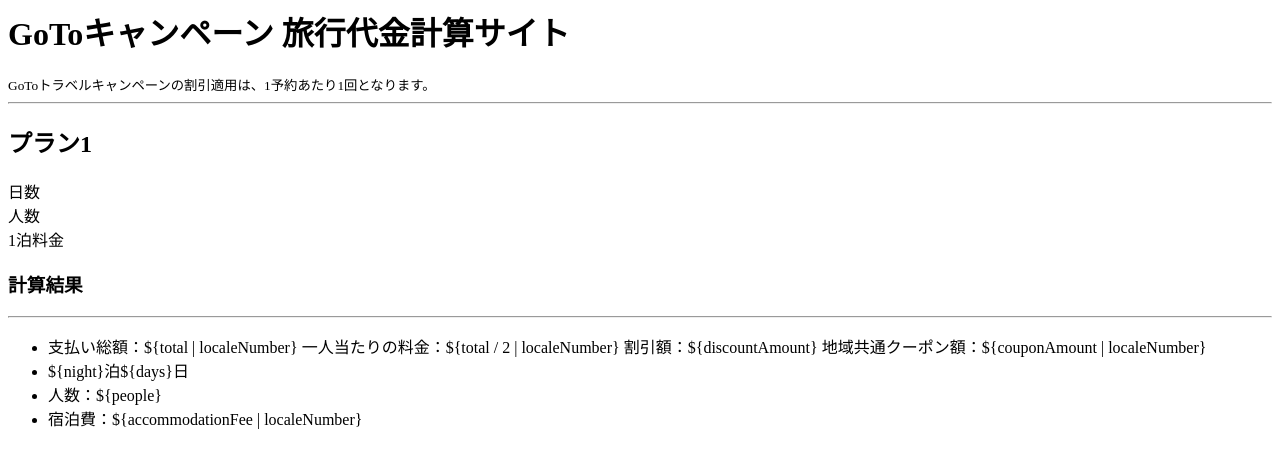
Repository: Ischca/ischca.github.io
Page: src/my-app.html
An editor plug-in stored every save of this project. The page is shown before and after the next save, followed by the edit.
The browser window is 1280 px wide. The pictures show the whole page.

Above is the page before, as saved 2020-10-02 17:01:06.

### src/my-app.html
<div class="container">

    <div class="row">
        <h1 class="text-center">GoToキャンペーン 旅行代金計算サイト</h1>
    </div>

    <div class="text-center">
        <small class="text-danger">
            GoToトラベルキャンペーンの割引適用は、1予約あたり1回となります。
        </small>
    </div>

    <hr />

    <div class="row justify-content-center mb-3">
        <h2 class="col-sm-auto">プラン1</h2>
    </div>

    <div class="row">
        <label for="staticEmail" class="offset-sm-4 col-sm-1 col-form-label font-weight-bold">日数</label>
        <div class="col-sm-2">
            <num-selector num.bind="night" suffix.bind="'泊'"></num-selector>
        </div>

        <div class="col-sm-2">
            <num-selector num.bind="days" suffix.bind="'日'"></num-selector>
        </div>
    </div>

    <div class="row">
        <label for="staticEmail" class="offset-sm-4 col-sm-1 col-form-label font-weight-bold">人数</label>
        <div class="col-sm-2">
            <num-selector num.bind="people" max.bind="100" suffix.bind="'人'"></num-selector>
        </div>
    </div>

    <div class="row">
        <label for="staticEmail" class="offset-sm-4 col-sm-1 col-form-label font-weight-bold">1泊料金</label>
        <div class="col-sm-2">
            <num-selector num.bind="accommodationFee" max.bind="10000000" suffix.bind="'円'"></num-selector>
        </div>
    </div>

    <!-- <div class="row">
        <label for="staticEmail" class="offset-sm-4 col-sm-1 col-form-label font-weight-bold">交通費</label>
        <div class="col-sm-2">
            <num-selector num.bind="transportFee" max.bind="10000000" suffix.bind="'円'"></num-selector>
        </div>
    </div> -->

    <h3 class="text-center mt-3">計算結果</h3>
    <hr/>

    <div id="result" class="text-center">
        <ul class="list-group list-group-flush">
            <li class="list-group-item">
                支払い総額：${total | localeNumber}
                一人当たりの料金：${total / 2 | localeNumber}
                割引額：${discountAmount}
                地域共通クーポン額：${couponAmount | localeNumber}
            </li>
            <li class="list-group-item">
                ${night}泊${days}日
            </li>
            <li class="list-group-item">
                人数：${people}
            </li>
            <li class="list-group-item">
                宿泊費：${accommodationFee | localeNumber}
            </li>
            <!-- <li class="list-group-item">
                交通費：${transportFee | localeNumber}
            </li> -->
        </ul>
    </div>
</div>

After the next save:
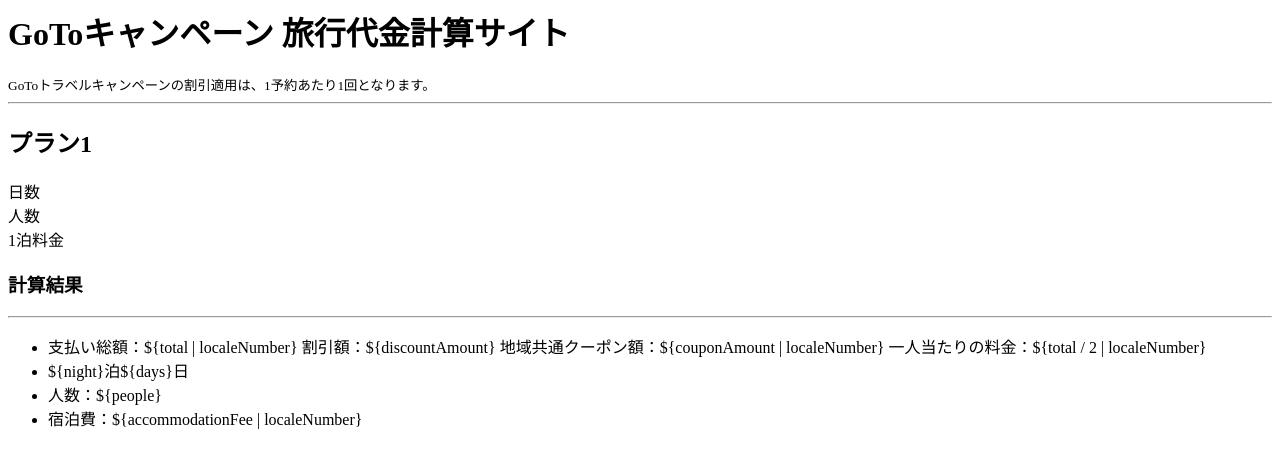
Saved 2 min 35 s later.
--- a/src/my-app.html
+++ b/src/my-app.html
@@ -55,9 +55,10 @@
         <ul class="list-group list-group-flush">
             <li class="list-group-item">
                 支払い総額：${total | localeNumber}
-                一人当たりの料金：${total / 2 | localeNumber}
                 割引額：${discountAmount}
                 地域共通クーポン額：${couponAmount | localeNumber}
+
+                一人当たりの料金：${total / 2 | localeNumber}
             </li>
             <li class="list-group-item">
                 ${night}泊${days}日
